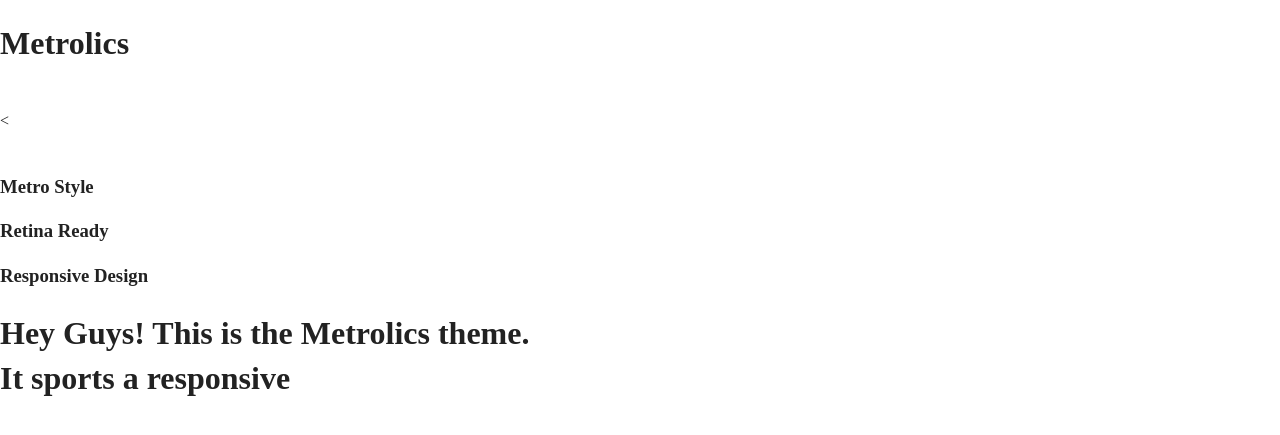
Repository: claudiashin/metrolics
Page: index.html
The author's editor kept a copy of each file at every save. The page is drawn from the files as they stood at one save, then again after a run of saves.
The browser window is 1280 px wide. The pictures show the whole page.

Above is the page before, as saved 2021-01-26 23:56:24.

### index.html
<!doctype html>
<html class="no-js" lang="EN">

<head>
  <meta charset="utf-8">
  <title>MDIA 2003 Lab 3</title>
  <meta name="description" content="">
  <meta name="viewport" content="width=device-width, initial-scale=1">

  <link rel="manifest" href="site.webmanifest">
  <link rel="apple-touch-icon" href="icon.png">
  <!-- Place favicon.ico in the root directory -->

  <link rel="stylesheet" href="css/normalize.css">
  <link rel="stylesheet" href="css/main.css">
</head>

<body>
  <header>
    <div>
      <h1>Metrolics</h1>
      <img src="">
    </div>
    <div>
      <
    </div>
  </header>

  <section class="1">
    <div class="heroimg">
      <img src="">
    </div>
    <div class="">
      <h3>Metro Style</h3>
      <h3>Retina Ready</h3>
      <h3>Responsive Design</h3>
    </div>
  </section>

  <section class="2">
    <h1>
      Hey Guys! This is the <span>Metrolics</span> theme.<br>
      It sports a responsive
    </h1>
  </section>

  <section class="3">

  </section>

  <section class="4">

  </section>

  <section class="5">

  </section>

  <article class="6">

  </article>
</body>

</html>

### css/main.css
/*! HTML5 Boilerplate v8.0.0 | MIT License | https://html5boilerplate.com/ */

/* main.css 2.1.0 | MIT License | https://github.com/h5bp/main.css#readme */
/*
 * What follows is the result of much research on cross-browser styling.
 * Credit left inline and big thanks to Nicolas Gallagher, Jonathan Neal,
 * Kroc Camen, and the H5BP dev community and team.
 */

/* ==========================================================================
   Base styles: opinionated defaults
   ========================================================================== */

html {
  color: #222;
  font-size: 1em;
  line-height: 1.4;
}

/*
 * Remove text-shadow in selection highlight:
 * https://twitter.com/miketaylr/status/12228805301
 *
 * Vendor-prefixed and regular ::selection selectors cannot be combined:
 * https://stackoverflow.com/a/16982510/7133471
 *
 * Customize the background color to match your design.
 */

::-moz-selection {
  background: #b3d4fc;
  text-shadow: none;
}

::selection {
  background: #b3d4fc;
  text-shadow: none;
}

/*
 * A better looking default horizontal rule
 */

hr {
  display: block;
  height: 1px;
  border: 0;
  border-top: 1px solid #ccc;
  margin: 1em 0;
  padding: 0;
}

/*
 * Remove the gap between audio, canvas, iframes,
 * images, videos and the bottom of their containers:
 * https://github.com/h5bp/html5-boilerplate/issues/440
 */

audio,
canvas,
iframe,
img,
svg,
video {
  vertical-align: middle;
}

/*
 * Remove default fieldset styles.
 */

fieldset {
  border: 0;
  margin: 0;
  padding: 0;
}

/*
 * Allow only vertical resizing of textareas.
 */

textarea {
  resize: vertical;
}

/* ==========================================================================
   Author's custom styles
   ========================================================================== */

/* ==========================================================================
   Helper classes
   ========================================================================== */

/*
 * Hide visually and from screen readers
 */

.hidden,
[hidden] {
  display: none !important;
}

/*
 * Hide only visually, but have it available for screen readers:
 * https://snook.ca/archives/html_and_css/hiding-content-for-accessibility
 *
 * 1. For long content, line feeds are not interpreted as spaces and small width
 *    causes content to wrap 1 word per line:
 *    https://medium.com/@jessebeach/beware-smushed-off-screen-accessible-text-5952a4c2cbfe
 */

.sr-only {
  border: 0;
  clip: rect(0, 0, 0, 0);
  height: 1px;
  margin: -1px;
  overflow: hidden;
  padding: 0;
  position: absolute;
  white-space: nowrap;
  width: 1px;
  /* 1 */
}

/*
 * Extends the .sr-only class to allow the element
 * to be focusable when navigated to via the keyboard:
 * https://www.drupal.org/node/897638
 */

.sr-only.focusable:active,
.sr-only.focusable:focus {
  clip: auto;
  height: auto;
  margin: 0;
  overflow: visible;
  position: static;
  white-space: inherit;
  width: auto;
}

/*
 * Hide visually and from screen readers, but maintain layout
 */

.invisible {
  visibility: hidden;
}

/*
 * Clearfix: contain floats
 *
 * For modern browsers
 * 1. The space content is one way to avoid an Opera bug when the
 *    `contenteditable` attribute is included anywhere else in the document.
 *    Otherwise it causes space to appear at the top and bottom of elements
 *    that receive the `clearfix` class.
 * 2. The use of `table` rather than `block` is only necessary if using
 *    `:before` to contain the top-margins of child elements.
 */

.clearfix::before,
.clearfix::after {
  content: " ";
  display: table;
}

.clearfix::after {
  clear: both;
}

/* ==========================================================================
   EXAMPLE Media Queries for Responsive Design.
   These examples override the primary ('mobile first') styles.
   Modify as content requires.
   ========================================================================== */

@media only screen and (min-width: 35em) {
  /* Style adjustments for viewports that meet the condition */
}

@media print,
  (-webkit-min-device-pixel-ratio: 1.25),
  (min-resolution: 1.25dppx),
  (min-resolution: 120dpi) {
  /* Style adjustments for high resolution devices */
}

/* ==========================================================================
   Print styles.
   Inlined to avoid the additional HTTP request:
   https://www.phpied.com/delay-loading-your-print-css/
   ========================================================================== */

@media print {
  *,
  *::before,
  *::after {
    background: #fff !important;
    color: #000 !important;
    /* Black prints faster */
    box-shadow: none !important;
    text-shadow: none !important;
  }

  a,
  a:visited {
    text-decoration: underline;
  }

  a[href]::after {
    content: " (" attr(href) ")";
  }

  abbr[title]::after {
    content: " (" attr(title) ")";
  }

  /*
   * Don't show links that are fragment identifiers,
   * or use the `javascript:` pseudo protocol
   */
  a[href^="#"]::after,
  a[href^="javascript:"]::after {
    content: "";
  }

  pre {
    white-space: pre-wrap !important;
  }

  pre,
  blockquote {
    border: 1px solid #999;
    page-break-inside: avoid;
  }

  /*
   * Printing Tables:
   * https://web.archive.org/web/20180815150934/http://css-discuss.incutio.com/wiki/Printing_Tables
   */
  thead {
    display: table-header-group;
  }

  tr,
  img {
    page-break-inside: avoid;
  }

  p,
  h2,
  h3 {
    orphans: 3;
    widows: 3;
  }

  h2,
  h3 {
    page-break-after: avoid;
  }
}

Loaded but not shown: css/normalize.css (library)

After the next 3 saves:
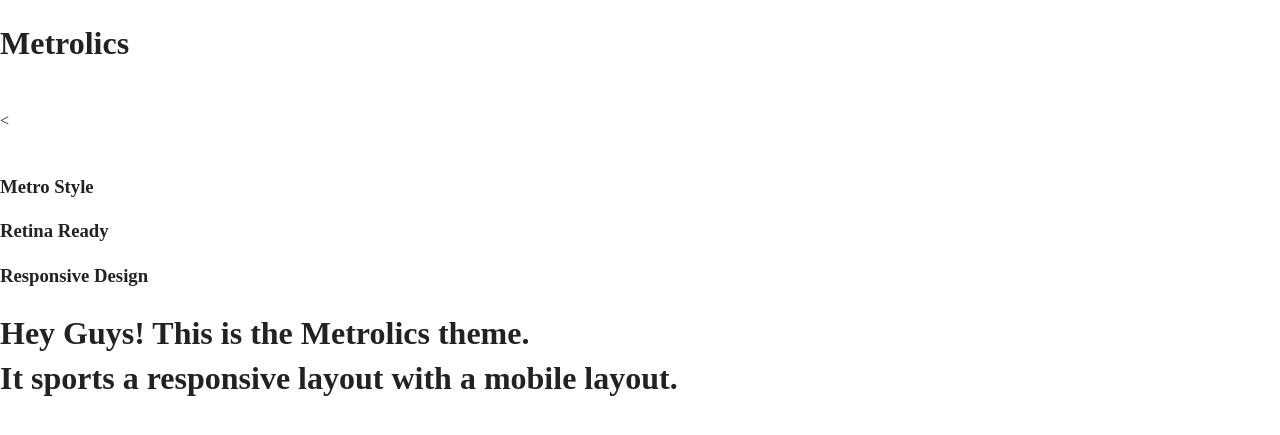
The 3 saves are shown as one change because they came seconds apart.
The last was saved 14 s later.
--- a/index.html
+++ b/index.html
@@ -40,7 +40,7 @@
   <section class="2">
     <h1>
       Hey Guys! This is the <span>Metrolics</span> theme.<br>
-      It sports a responsive
+      It sports a responsive layout with a mobile layout.
     </h1>
   </section>
 
